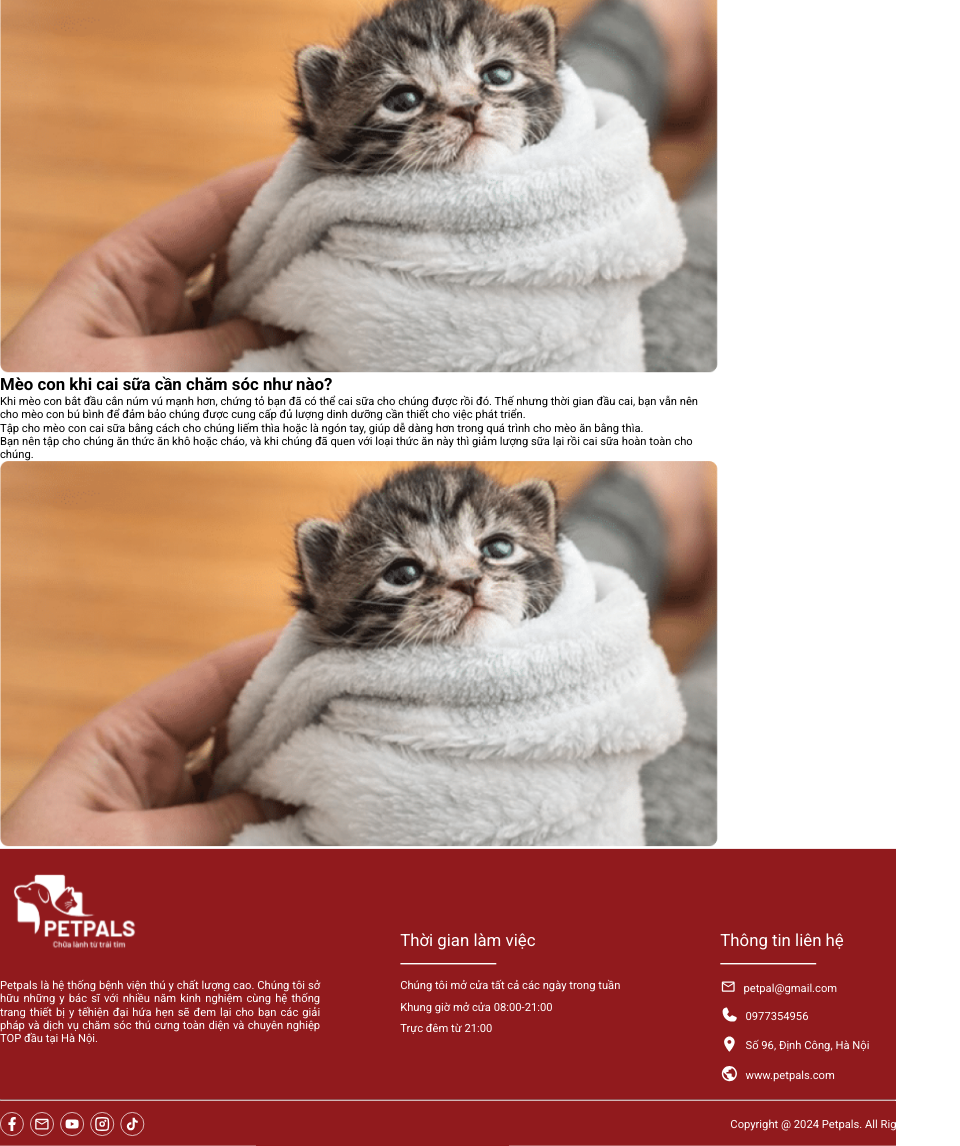
Repository: ahntrung1909/Petpals
Page: /danh-sach-bai-viet/chi-tiet-bai-viet (app in petpals-user-main/)
An editor plug-in stored every save of this project. The page is shown before and after the next save, followed by the edit.
The browser window is 1280 px wide. The page is 1372 px wide, so the pictures cover 1372 px, including what lies to the right of the window. The pictures show the part of the page from y = 1654 to 3414 px (the page is 3291 px tall before and 3414 px after), at 70% of full size.
The project was rebuilt for these pictures with package versions that can differ from the ones it lists, and the page was loaded fresh each time. The framework's server and built-in components were replaced by stand-ins that run in the browser. Also part of the build but not shown: petpals-user-main/next.config.js, petpals-user-main/next.config.mjs.

Above is the page before, as saved 2024-04-14 18:05:04.

### petpals-user-main/src/app/layout.js
import { Footer } from "@/components/Footer/Footer";
import "./global.scss";
import { Header } from "@/components/Header/Header";
import { ToastContainer } from "react-toastify";
import "react-toastify/dist/ReactToastify.css";
import { Button, ConfigProvider, Space } from "antd";

export const metadata = {
  title: "Petpals - Chữa lành từ trái tim",
  description: "Petpals",
};

export default function RootLayout({ children }) {
  return (
    <html lang="en">
      <body>
        <Header />
        <ToastContainer />
        <ConfigProvider
          theme={{
            token: {
              colorPrimary: "#911A1D",
              fontFamily: "Roboto",
            },
            components: {
              DatePicker: {
                inputFontSize: 16,
              },
              Menu: {
                itemBg: "transparent",
                subMenuItemBg: "transparent",
                activeBarBorderWidth: 0,
                itemSelectedBg: "rgba(145, 26, 29, 0.05)",
                itemBorderRadius: 0,
              },
            },
          }}
        >
          {children}
        </ConfigProvider>
        <Footer />
      </body>
    </html>
  );
}

### petpals-user-main/src/app/danh-sach-bai-viet/chi-tiet-bai-viet/page.js
import React from "react";
import "./style.scss";

export default function page() {
  return (
    <main>
      <div className="breadcrumb">
        <img src="/icon/ic_baseline-home.svg" alt="" />
        <img src="/icon/iconamoon_arrow-right-2.svg" alt="" />
        <p>Danh sách bài viết</p>
        <img src="/icon/iconamoon_arrow-right-2.svg" alt="" />
        <p>Chi tiết bài viết</p>
      </div>
      <div className="article-section">
        <div className="article-section-left">
          <h1 className="article-title">
            Bật mí cho bạn cách chăm sóc mèo con chu đáo nhất
          </h1>
          <div className="article-author-time">
            <div className="article-item">
              <img src="/icon/ph_user.svg" alt="" />
              <p>Tác giả: Bùi Quang Trưởng</p>
            </div>
            <div className="article-item">
              <img src="/icon/clarity_date-line.svg" alt="" />
              <p>11/05/2024</p>
            </div>
          </div>
          <div className="menu">
            <div style={{ display: "flex", gap: "10px", alignItems: "center" }}>
              <img src="/icon/hamberger.svg" alt="" style={{ width: "14px" }} />
              <p style={{ fontSize: "16px", fontWeight: "500" }}>
                MỤC LỤC BÀI VIẾT
              </p>
            </div>
            <p style={{ fontWeight: "500", margin: "20px 0" }}>
              Cách chăm sóc mèo con chu đáo nhất cho người nuôi
            </p>
            <ul style={{ listStyle: "inside" }}>
              <li>
                <a href="#">Giữ ấm cho mèo con</a>
              </li>
              <li>
                <a href="#">Xây dựng chế độ dinh dưỡng phù hợp</a>
              </li>
              <li>
                <a href="#">Cho mèo con uống sữa như thế nào ?</a>
              </li>
              <li>
                <a href="#">Mèo con khi cai sữa cần chăm sóc như thế nào ?</a>
              </li>
              <li>
                <a href="#">Cách vệ sinh mèo con sao cho đúng</a>
              </li>
              <li>
                <a href="#">Tắm cho mèo con</a>
              </li>
              <li>
                <a href="#">Cho mèo con làm quen người</a>
              </li>
            </ul>
          </div>
          <div className="content">
            <h2>Cách chăm sóc mèo con chu đáo nhất</h2>
            <h3>Giữ ấm mèo con</h3>
            <p>
              Đặc biệt với những mèo con ở giai đoạn dưới 6 tháng tuổi, người
              nuôi cần phải đặc biệt chú ý giữ ấm cho mèo. Để thân nhiệt của mèo
              không bị hạ đột ngột, bạn nên dùng nước ấm hay túi chườm nóng để
              đặt bên cạnh nơi mèo con nằm.
            </p>
            <img src="/img/article-detail/img-1.png" alt="" />
            <p>
              Thế nhưng nhiệt độ nơi mèo con nằm cũng không được quá nóng bức
              hay là quá lạnh. Bạn nên duy trì mức nhiệt độ là 38 đến 39 độ C
              trong khoảng thời gian mèo đạt 4 đến 6 tuần tuổi.
            </p>
            <p>
              Khi mèo con đủ 4 tuần tuổi, bạn có thể cho chúng ở những nơi mát
              mẻ, tự chúng tìm nơi ấm áp để nằm. Bạn hoàn toàn có thể ghép nhiều
              mèo con ở với cùng nhau để chúng tự sưởi ấm cho nhau.
            </p>
            <p>
              Còn nếu bạn giữ ấm cho chúng ở trong lồng thì nên lót khăn dưới
              đáy và quây vải xung quanh để tránh bị gió lùa.
            </p>
            <h2>Xây dựng chế độ dinh dưỡng phù hợp</h2>
            <p>
              Với việc có được chế độ dinh dưỡng phù hợp, mèo con sẽ được phát
              triển khỏe mạnh, tăng cân nhanh. Bạn nên cân mèo con thường xuyên
              để biết được cân nặng của chúng, từ đó sắp xếp lượng thức ăn mỗi
              bữa sao cho phù hợp nhất.
            </p>
            <p>
              Còn với những bé mèo con mới đẻ, do đã quen ngậm vú mẹ nên mỗi
              lần cho mèo con uống sữa thì bạn chỉ nên cho uống một lượng sữa
              nhỏ, sẽ phù hợp với hệ thống đường tiêu hóa của chúng. Nếu mèo
              chậm lớn thì nên tăng lượng sữa cho mỗi lần uống lên.
            </p>
            <img src="/img/article-detail/img-1.png" alt="" />
            <h2>Mèo con khi cai sữa cần chăm sóc như nào?</h2>
            <p>
              Khi mèo con bắt đầu cắn núm vú mạnh hơn, chứng tỏ bạn đã có thể
              cai sữa cho chúng được rồi đó. Thế nhưng thời gian đầu cai, bạn
              vẫn nên cho mèo con bú bình để đảm bảo chúng được cung cấp đủ
              lượng dinh dưỡng cần thiết cho việc phát triển.
            </p>
            <p>
              Tập cho mèo con cai sữa bằng cách cho chúng liếm thìa hoặc là ngón
              tay, giúp dễ dàng hơn trong quá trình cho mèo ăn bằng thìa.
            </p>
            <p>
              Bạn nên tập cho chúng ăn thức ăn khô hoặc cháo, và khi chúng đã
              quen với loại thức ăn này thì giảm lượng sữa lại rồi cai sữa hoàn
              toàn cho chúng.
            </p>
            <img src="/img/article-detail/img-1.png" alt="" />
          </div>
        </div>
      </div>
    </main>
  );
}

### petpals-user-main/src/components/Footer/Footer.js
import { Socialicon } from "../Socialicon/Socialicon";
import "./style.scss";
export const Footer = () => {
  return (
    <footer>
      <div className="row row-1">
        <div className="logo">
          <img src="/img/logo_am_ban.svg" alt="" />
        </div>
        <div className="working-time">Thời gian làm việc</div>
        <div className=" contact-info">Thông tin liên hệ</div>
      </div>
      <div className="row">
        <div className="about">
          Petpals là hệ thống bệnh viện thú y chất lượng cao. Chúng tôi sở hữu
          những y bác sĩ với nhiều năm kinh nghiệm cùng hệ thống trang thiết bị
          y tếhiện đại hứa hẹn sẽ đem lại cho bạn các giải pháp và dịch vụ chăm
          sóc thú cưng toàn diện và chuyên nghiệp TOP đầu tại Hà Nội.
        </div>
        <ul className="working-time-more">
          <li>Chúng tôi mở cửa tất cả các ngày trong tuần</li>
          <li>Khung giờ mở cửa 08:00-21:00</li>
          <li>Trực đêm từ 21:00</li>
        </ul>
        <ul className="contact-info-more">
          <li className="contact-item">
            <span>
              <img src="/icon/material-symbols_mail-outline.svg" alt="" />
            </span>
            petpal@gmail.com
          </li>
          <li className="contact-item">
            <span>
              <img src="/icon/ph_phone-fill.svg" alt="" />
            </span>
            0977354956
          </li>
          <li className="contact-item">
            <span>
              <img src="/icon/mdi_location.svg" alt="" />
            </span>
            Số 96, Định Công, Hà Nội
          </li>
          <li className="contact-item">
            <span>
              <img src="/icon/mdi_earth.svg" alt="" />
            </span>
            www.petpals.com
          </li>
        </ul>
      </div>
      <hr />
      <div className="footer-bottom">
        <Socialicon />
        <div>Copyright @ 2024 Petpals. All Rights Reverved</div>
      </div>
    </footer>
  );
};

### petpals-user-main/src/app/global.scss
@import url("https://fonts.googleapis.com/css2?family=Roboto:ital,wght@0,100;0,300;0,400;0,500;0,700;0,900;1,100;1,300;1,400;1,500;1,700;1,900&display=swap");
@import "../style/variable";
* {
  padding: 0;
  margin: 0;
  box-sizing: border-box;
}
body {
  font-family: "Roboto", sans-serif;
  font-size: 16px;
}
a {
  text-decoration: none;
  color: black;
}
ul,
li {
  list-style: none;
}
input,
textarea {
  width: 100%;
  border: none;
  outline: none;
  font-family: "Roboto", sans-serif;
  font-size: 16px;
}
img {
  width: 100%;
}
button {
  font-family: "Roboto", sans-serif;
  font-size: 16px;
}
label {
  font-family: "Roboto", sans-serif;
  font-size: 16px;
}

// custom scroll bar
::-webkit-scrollbar-track {
  background-color: #f5f5f5;
}

::-webkit-scrollbar {
  width: 6px;
  height: 6px;
  background-color: #f5f5f5;
}

::-webkit-scrollbar-thumb {
  background-image: linear-gradient($BROWN_500, $RED_500);
  // border-radius: 10px;
}
::-webkit-scrollbar-thumb:horizontal {
  background-image: linear-gradient(to right, $BROWN_500, $RED_500);
  // border-radius: 10px;
}

### petpals-user-main/src/app/danh-sach-bai-viet/chi-tiet-bai-viet/style.scss
@import "../../../style/variable";
@import "../../../style/base";

.article-section {
  width: 1372px;
  margin: 0 auto;
  margin-top: 60px;
  display: flex;
  gap: 20px;
}
.article-section-left {
  width: 1025px;
  h1 {
    font-size: 36px;
    color: $BROWN_500;
    margin-bottom: 14px;
  }
  .article-author-time {
    display: flex;
    align-items: center;
    gap: 45px;
    margin-bottom: 28px;
    .article-item {
      display: flex;
      align-items: center;
      gap: 10px;
      img {
        width: 20px;
        height: 20px;
      }
      p {
        color: $BROWN_500;
      }
    }
  }
  ul,
  li {
    list-style: inherit;
    user-select: none;
  }
  ul {
    display: flex;
    flex-direction: column;
    gap: 20px;
  }
  .menu {
    padding: 10px;
    border: 1px solid black;
    border-radius: 10px;
    background-color: rgba(0, 0, 0, 0.1);
  }
}

### petpals-user-main/src/components/Socialicon/Socialicon.js
import "./style.scss";
export const Socialicon = () => {
  return (
    <div className="list-social-icon">
      <div className="icon-item">
        <img src="/icon/ri_facebook-fill.svg" alt="icon-facebook" />
      </div>
      <div className="icon-item">
        <img src="/icon/material-symbols_mail-outline.svg" alt="icon-mail" />
      </div>
      <div className="icon-item">
        <img src="/icon/mdi_youtube.svg" alt="icon-youtube" />
      </div>
      <div className="icon-item">
        <img src="/icon/lets-icons_insta.svg" alt="icon-insta" />
      </div>
      <div className="icon-item">
        <img src="/icon/ic_baseline-tiktok.svg" alt="icon-tiktok" />
      </div>
    </div>
  );
};

### petpals-user-main/src/components/Footer/style.scss
@import "../../style/variable";
footer {
  display: block;
  width: 100vw;
  height: 424px;
  background-color: $BROWN_500;
  padding: 20px 0;
}
.row {
  width: 1372px;
  margin: 0 auto;
  display: grid;
  grid-template-columns: repeat(12, 1fr);
  row-gap: 20px;
  color: white;
  margin-bottom: 20px;
}
.row-1 {
  align-items: flex-end;
}
.logo {
  width: 214px;
  grid-column: 1/5;
}
.working-time {
  grid-column: 6/10;
  position: relative;
  font-size: 24px;
  padding-bottom: 20px;
  &::after {
    content: "";
    width: 137px;
    height: 2px;
    background-color: white;
    position: absolute;
    left: 0;
    bottom: 0;
  }
}
.contact-info {
  position: relative;
  grid-column: 10/13;
  font-size: 24px;
  padding-bottom: 20px;
  &::after {
    content: "";
    width: 137px;
    height: 2px;
    background-color: white;
    position: absolute;
    left: 0;
    bottom: 0;
  }
}
.about {
  grid-column: 1/5;
  text-align: justify;
}
.working-time-more {
  grid-column: 6/10;
  display: flex;
  flex-direction: column;
  gap: 12px;
}
.contact-info-more {
  grid-column: 10/13;
  display: flex;
  flex-direction: column;
  gap: 12px;
}
.contact-item {
  display: flex;
  gap: 10px;
  align-items: center;
}
.footer-bottom {
  width: 1372px;
  margin: 0 auto;
  margin-top: 16px;
  color: white;
  display: flex;
  align-items: center;
  justify-content: space-between;
}

### petpals-user-main/src/style/_variable.scss
$BROWN_50: rgb(244, 232, 232);
$BROWN_100: rgb(221, 184, 185);
$BROWN_200: rgb(204, 150, 151);
$BROWN_300: rgb(181, 102, 104);
$BROWN_400: rgb(167, 72, 74);
$BROWN_500: rgb(145, 26, 29);
$BROWN_600: rgb(132, 24, 26);
$BROWN_700: rgb(103, 18, 21);
$BROWN_800: rgb(80, 14, 16);
$BROWN_900: rgb(61, 11, 12);
$RED_50: rgb(255, 247, 247);
$RED_100: rgb(255, 230, 231);
$RED_200: rgb(255, 217, 219);
$RED_300: rgb(255, 200, 202);
$RED_400: rgb(255, 189, 192);
$RED_500: rgb(255, 173, 176);
$RED_600: rgb(232, 157, 160);
$RED_700: rgb(181, 123, 125);
$RED_800: rgb(140, 95, 97);
$RED_900: rgb(107, 73, 74);
$BROWN_DARK_50: rgb(236, 233, 233);
$BROWN_DARK_100: rgb(195, 186, 186);
$BROWN_DARK_200: rgb(165, 152, 152);
$BROWN_DARK_300: rgb(124, 105, 106);
$BROWN_DARK_400: rgb(99, 76, 77);
$BROWN_DARK_500: rgb(60, 31, 32);
$BROWN_DARK_600: rgb(55, 28, 29);
$BROWN_DARK_700: rgb(43, 22, 23);
$BROWN_DARK_800: rgb(33, 17, 18);
$BROWN_DARK_900: rgba(25, 13, 13, 0.2);

### petpals-user-main/src/components/Header/style.scss
@import "../../style/_variable";

header {
  height: 230px;
  border-bottom: 1px solid $BROWN_500;
}
div:has(.wrap):nth-child(1) {
  background-color: $BROWN_500;
  height: 62px;
  display: flex;
  align-items: center;
}
.wrap {
  width: 1372px;
  margin: 0 auto;
}
.top-header {
  display: flex;
  justify-content: space-between;
  align-items: center;
  color: white;
}
.social-connect {
  display: flex;
  align-items: center;
  gap: 15px;
}
.social-connect > p {
  padding: 0px 7px;
  border-right: 1px solid white;
}
div:has(.wrap):nth-child(2) {
  padding-top: 18px;
}
.main-header {
  display: flex;
  align-items: center;
  justify-content: space-between;
}
.petpals-logo {
  display: block;
  width: 211px;
  height: 111px;
}
.header-main-right {
  display: flex;
  width: 1024px;
  justify-content: space-between;
  align-items: center;
}
.search-input {
  display: flex;
  position: relative;

  input {
    width: 676px;
    height: 60px;
    padding: 0px 60px 0px 20px;
    border: 1px solid $BROWN_500;
    border-radius: 99px;
    display: flex;
    justify-content: center;
    align-items: center;
  }
  .icon-item {
    right: 20px;
    top: 50%;
    transform: translateY(-50%);
    position: absolute;
    cursor: pointer;
  }
}
.btn-group {
  display: flex;
  gap: 20px;
  text-align: center;
  .btn {
    display: flex;
    justify-content: center;
    align-items: center;
    width: 96px;
    height: 60px;
    border: 1px solid $BROWN_500;
    border-radius: 10px;
    color: $BROWN_500;
  }
  .btn:nth-child(1):hover {
    background-color: $BROWN_500;
    color: white;
  }
  .btn:nth-child(2) {
    color: white;
    background-color: $BROWN_500;
    &:hover {
      background-color: $BROWN_300;
    }
  }
}
.nav {
  display: flex;
  align-items: center;
  justify-content: space-between;
  width: 676px;
  margin: 0 auto;
  color: $BROWN_500;
  font-weight: 500;
  z-index: 99;

  &-item {
    display: flex;
    position: relative;
    align-items: center;
    cursor: pointer;
    padding-bottom: 8px;
    &.active > span,
    &.active > a {
      font-weight: 900;
    }
    &:hover .sub-nav:not(.nav-2) {
      display: flex;
    }
    span {
      display: flex;
      justify-content: center;
      align-items: center;
      color: $BROWN_500;
    }
    a {
      display: flex;
      justify-content: center;
      align-items: center;
      color: $BROWN_500;
      width: 100%;
      height: 100%;
    }
    &:hover > a {
      color: $RED_500;
    }
    &:hover > span {
      color: $RED_500;
    }
  }
}
.sub-nav {
  position: absolute;
  z-index: 99;
  top: 100%;
  left: 0;
  border-radius: 10px;
  box-shadow: 0 15px 15px 15px rgba(0, 0, 0, 0.05);
  box-shadow: 0 15px 15px rgba(0, 0, 0, 0.1);
  border: 0.5px solid rgba(0, 0, 0, 0.15);
  background-color: white;
  padding: 8px;
  display: none;
  flex-direction: column;
  gap: 8px;
  &.nav-2 {
    position: absolute;
    top: 0;
    left: 100%;
    transform: translate(8px, -8px);
    display: none;
  }
  &-item {
    position: relative;
    display: flex;
    align-items: center;
    justify-content: space-between;
    &::after {
      content: "";
      width: 8px;
      height: 100%;
      position: absolute;
      top: 0;
      right: -8px;
    }
    &:hover {
      background-color: rgba(0, 0, 0, 0.05);
    }
    &:hover .sub-nav.nav-2 {
      display: flex;
    }
    a {
      width: 100%;
      height: 100%;
      display: flex;
      justify-content: left;
      padding: 12px 16px;
    }
    span {
      padding: 12px 16px;
    }
    &-active > span,
    &-active > a {
      font-weight: 600;
    }
  }
}
.user-login-controller {
  display: flex;
  align-items: center;
  gap: 8px;
  cursor: pointer;
  position: relative;

  &:hover .sub-nav {
    display: flex;
    left: inherit;
    right: 0;
  }
  .user-img {
    width: 56px;
    height: 56px;
    img {
      border-radius: 50%;
    }
  }
}
.icon-bell {
  width: 30px;
  height: 30px;
  position: relative;
  .number-bell {
    position: absolute;
    top: 0;
    right: 0;
    transform: translate(36%, -30%);
    width: 20px;
    height: 20px;
    font-size: 12px;
    font-weight: 500;
    color: white;
    display: flex;
    justify-content: center;
    align-items: center;
    background-color: $RED_500;
    border-radius: 50%;
  }
  .menu-bell {
    display: none;
    position: absolute;
    right: 0;
    bottom: -20px;
    transform: translateY(100%);
    background-color: white;
    width: 554px;
    height: 468px;
    padding: 20px;
    border-radius: 10px;
    z-index: 99;
    box-shadow: 0 0 8px 4px rgba(0, 0, 0, 0.2);
    &.menu-bell-active {
      display: block;
    }
    ::after {
      content: "";
      width: 20px;
      height: 20px;
      background-color: white;
      position: absolute;
      right: 14px;
      top: 0;
      transform: translate(0, -50%);
      rotate: 45deg;
    }
    h3 {
      text-transform: uppercase;
      color: $BROWN_500;
      font-size: 22px;
      margin-bottom: 10px;
    }
    .menu-item {
      display: flex;
      flex-direction: column;
      gap: 10px;
      padding: 8px 0;
      border-bottom: 1px solid rgba(0, 0, 0, 0.25);
      &:hover {
        background-color: $BROWN_50;
      }
      .content {
        font-size: 20px;
      }
      .time {
        font-size: 12px;
      }
      span {
        text-align: left;
        padding: 0 8px;
      }
    }
    .container {
      height: 400px;
      overflow: scroll;
    }
  }
  .overlay {
    display: none;
    position: fixed;
    width: 100vw;
    height: 100vh;
    inset: 0;
    z-index: 20;
    background-color: rgba(0, 0, 0, 0.25);
    cursor: pointer;
    &.overlay-active {
      display: block;
    }
  }
}

### petpals-user-main/src/style/_base.scss
.section-heading {
  width: fit-content;
  margin: 60px auto;
  color: $BROWN_500;
  position: relative;
  font-size: 24px;
  font-weight: 800;
  text-transform: uppercase;
  &::after {
    content: "";
    width: 80%;
    height: 3px;
    position: absolute;
    bottom: -16px;
    left: 50%;
    transform: translateX(-50%);
    background-color: $BROWN_500;
  }
}
.breadcrumb {
  width: 1372px;
  margin: 0 auto;
  display: flex;
  align-items: center;
  padding-top: 20px;
  img {
    width: 30px;
    height: 30px;
  }
}

### petpals-user-main/src/components/Socialicon/style.scss
.list-social-icon {
  display: flex;
  gap: 9px;
}
.icon-item {
  width: 34px;
  height: 34px;
  border: 1px solid white;
  padding: 4px;
  border-radius: 99px;
  display: flex;
  justify-content: center;
  align-items: center;
}

Loaded but not shown: petpals-user-main/src/components/Header/Header.js (334 lines, source omitted)

After the next save:
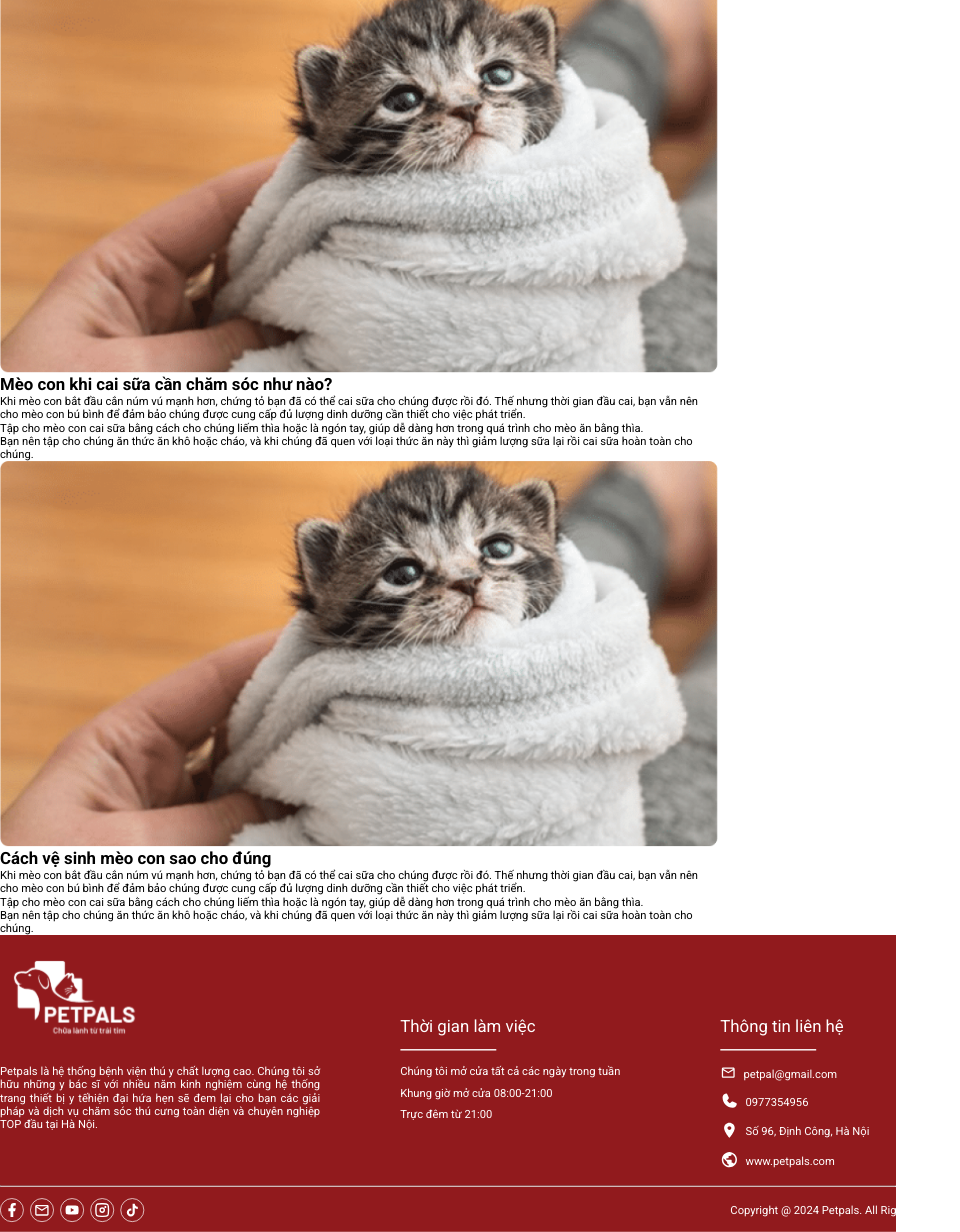
Saved 21 s later.
--- a/petpals-user-main/src/app/danh-sach-bai-viet/chi-tiet-bai-viet/page.js
+++ b/petpals-user-main/src/app/danh-sach-bai-viet/chi-tiet-bai-viet/page.js
@@ -115,6 +115,22 @@ export default function page() {
               toàn cho chúng.
             </p>
             <img src="/img/article-detail/img-1.png" alt="" />
+            <h2>Cách vệ sinh mèo con sao cho đúng</h2>
+            <p>
+              Khi mèo con bắt đầu cắn núm vú mạnh hơn, chứng tỏ bạn đã có thể
+              cai sữa cho chúng được rồi đó. Thế nhưng thời gian đầu cai, bạn
+              vẫn nên cho mèo con bú bình để đảm bảo chúng được cung cấp đủ
+              lượng dinh dưỡng cần thiết cho việc phát triển.
+            </p>
+            <p>
+              Tập cho mèo con cai sữa bằng cách cho chúng liếm thìa hoặc là ngón
+              tay, giúp dễ dàng hơn trong quá trình cho mèo ăn bằng thìa.
+            </p>
+            <p>
+              Bạn nên tập cho chúng ăn thức ăn khô hoặc cháo, và khi chúng đã
+              quen với loại thức ăn này thì giảm lượng sữa lại rồi cai sữa hoàn
+              toàn cho chúng.
+            </p>
           </div>
         </div>
       </div>
